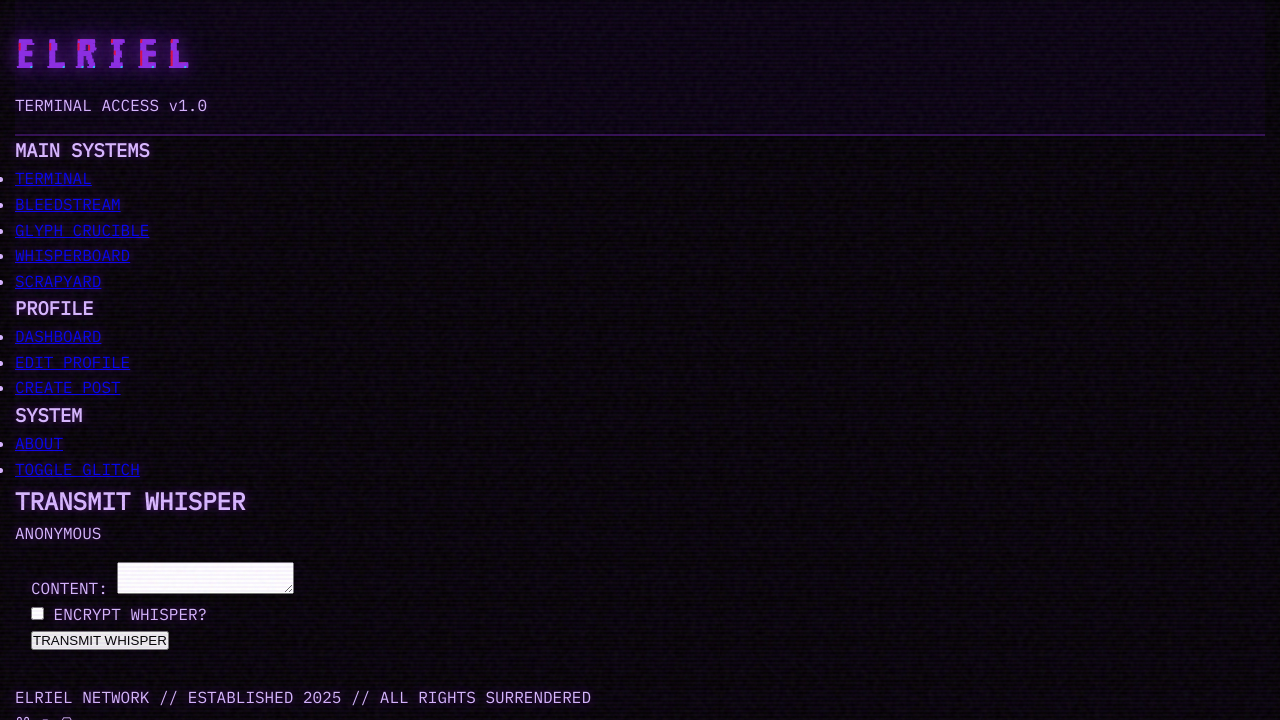
Repository: numbpill3d/elriel_1.0-forum
Page: views/whisper/new.html
The author's editor kept a copy of each file at every save. The page is drawn from the files as they stood at one save, then again after the next save.
The browser window is 1280 px wide. The pictures show the whole page.
Some web fonts or font styles are not loaded; a fallback is used.

Above is the page before, as saved 2025-05-09 05:14:13.
Console error: ReferenceError: __DATA__ is not defined

### views/whisper/new.html
<!DOCTYPE html>
<html lang="en">
<head>
  <meta charset="UTF-8">
  <meta name="viewport" content="width=device-width, initial-scale=1.0">
  <title>NEW WHISPER | ELRIEL</title>
  <link rel="stylesheet" href="/css/main.css">
  <link rel="stylesheet" href="/css/glitch.css">
  <link rel="stylesheet" href="/css/whisper.css">
  <script src="/js/glitch.js" defer></script>
</head>
<body class="terminal">
  <div class="noise-overlay"></div>
  <div class="scan-lines"></div>
  <div class="container">
    <header class="main-header">
      <div class="logo">
        <h1 class="glitch" data-text="ELRIEL">ELRIEL</h1>
        <div class="logo-subtitle">TERMINAL ACCESS v1.0</div>
      </div>
      <div class="user-panel">
        <div id="user-status">
          <!-- User status will be injected here -->
        </div>
      </div>
    </header>

    <div class="content-wrapper">
      <nav class="sidebar">
        <div class="nav-section">
          <h3 class="nav-title">MAIN SYSTEMS</h3>
          <ul class="nav-links">
            <li><a href="/">TERMINAL</a></li>
            <li><a href="/feed/bleedstream">BLEEDSTREAM</a></li>
            <li><a href="/glyph/crucible">GLYPH CRUCIBLE</a></li>
            <li><a href="/whisper/board">WHISPERBOARD</a></li>
            <li><a href="/forum/scrapyard">SCRAPYARD</a></li>
          </ul>
        </div>
        <div class="nav-section">
          <h3 class="nav-title">PROFILE</h3>
          <ul class="nav-links">
            <li><a href="/profile">DASHBOARD</a></li>
            <li><a href="/profile/edit">EDIT PROFILE</a></li>
            <li><a href="/feed/new">CREATE POST</a></li>
          </ul>
        </div>
        <div class="nav-section">
          <h3 class="nav-title">SYSTEM</h3>
          <ul class="nav-links">
            <li><a href="/about">ABOUT</a></li>
            <li><a href="#" id="toggle-glitch">TOGGLE GLITCH</a></li>
          </ul>
        </div>
      </nav>

      <main class="main-content">
        <section class="new-whisper-panel">
          <div class="panel-header">
            <h2>TRANSMIT WHISPER</h2>
            <div class="status-indicator">ANONYMOUS</div>
          </div>
          <div class="new-whisper-content">
            <form id="new-whisper-form">
              <div class="form-group">
                <label for="content">CONTENT:</label>
                <textarea id="content" name="content" required></textarea>
              </div>

              <div class="form-group" id="glyph-selection-group" style="display: none;">
                <label>ATTACH SIGIL (OPTIONAL - REQUIRES LOGIN):</label>
                <div class="glyph-selection" id="glyph-selection">
                  <!-- User's glyphs will be injected here -->
                </div>
                <input type="hidden" id="selected-glyph-id" name="glyphId">
              </div>

              <div class="form-group">
                <input type="checkbox" id="is-encrypted" name="isEncrypted" value="1">
                <label for="is-encrypted">ENCRYPT WHISPER?</label>
              </div>

              <button type="submit">TRANSMIT WHISPER</button>
            </form>

            <div id="message" style="color: var(--terminal-green); margin-top: 1rem;"></div>
            <div id="error-message" style="color: var(--terminal-red); margin-top: 1rem;"></div>
            <div id="encryption-key-message" style="color: var(--terminal-blue); margin-top: 1rem;"></div>
          </div>
        </section>
      </main>
    </div>

    <footer class="main-footer">
      <div class="footer-text">ELRIEL NETWORK // ESTABLISHED 2025 // ALL RIGHTS SURRENDERED</div>
      <div class="footer-glyphs">
        <span class="glyph">⌘</span>
        <span class="glyph">⍟</span>
        <span class="glyph">⎔</span>
      </div>
    </footer>
  </div>

  <script>
    // Inject data from server
    const data = __DATA__;
    const user = data.user;
    const glyphs = data.glyphs;

    // Update user status in header
    const userStatusEl = document.getElementById('user-status');
    if (user) {
      userStatusEl.innerHTML = `
        <div class="logged-in">
          <span class="username">${user.username}</span>
          <div class="user-links">
            <a href="/profile">PROFILE</a>
            <a href="/auth/logout">LOGOUT</a>
          </div>
        </div>
      `;
      // Show glyph selection if logged in
      document.getElementById('glyph-selection-group').style.display = 'block';
    } else {
      userStatusEl.innerHTML = `
        <div class="logged-out">
          <a href="/auth/login" class="login-btn">LOGIN</a>
          <a href="/auth/register" class="register-btn">REGISTER</a>
        </div>
      `;
    }

    // Display user's glyphs for selection (only if logged in)
    const glyphSelectionEl = document.getElementById('glyph-selection');
    if (user && glyphs && glyphs.length > 0) {
      glyphs.forEach(glyph => {
        const glyphItem = document.createElement('div');
        glyphItem.className = 'glyph-item';
        glyphItem.innerHTML = glyph.svg_data;
        glyphItem.setAttribute('data-glyph-id', glyph.id);
        glyphItem.title = `Generated: ${new Date(glyph.created_at).toLocaleString()}`;

        // Add click event listener for selection
        glyphItem.addEventListener('click', () => {
          // Remove selected class from all glyphs
          document.querySelectorAll('.glyph-item').forEach(item => item.classList.remove('selected'));
          // Add selected class to the clicked glyph
          glyphItem.classList.add('selected');
          // Set the hidden input value
          document.getElementById('selected-glyph-id').value = glyph.id;
        });

        glyphSelectionEl.appendChild(glyphItem);
      });
    } else if (user) {
      glyphSelectionEl.innerHTML = '<span>NO SAVED SIGILS. VISIT THE GLYPH CRUCIBLE TO GENERATE SOME.</span>';
    }

    // Handle form submission
    document.getElementById('new-whisper-form').addEventListener('submit', async (e) => {
      e.preventDefault();

      const content = document.getElementById('content').value;
      const glyphId = document.getElementById('selected-glyph-id').value;
      const isEncrypted = document.getElementById('is-encrypted').checked;

      const messageEl = document.getElementById('message');
      const errorMessageEl = document.getElementById('error-message');
      const encryptionKeyMessageEl = document.getElementById('encryption-key-message');
      messageEl.textContent = '';
      errorMessageEl.textContent = '';
      encryptionKeyMessageEl.textContent = '';

      try {
        const response = await fetch('/whisper/create', {
          method: 'POST',
          headers: {
            'Content-Type': 'application/json'
          },
          body: JSON.stringify({ content, glyphId, isEncrypted })
        });

        const data = await response.json();

        if (data.success) {
          messageEl.textContent = data.message;
          if (data.encryptionKey) {
            encryptionKeyMessageEl.textContent = `ENCRYPTION KEY: ${data.encryptionKey}`;
          }
          // Optionally redirect after successful whisper
          // setTimeout(() => {
          //   window.location.href = '/whisper/board';
          // }, 2000);
        } else {
          errorMessageEl.textContent = data.message || 'Whisper transmission failed. Unknown error.';
        }
      } catch (error) {
        console.error('Whisper creation error:', error);
        errorMessageEl.textContent = 'System error. Could not transmit whisper.';
      }
    });

    // Toggle glitch effects
    document.getElementById('toggle-glitch').addEventListener('click', function(e) {
      e.preventDefault();
      document.body.classList.toggle('glitch-active');
    });
  </script>
</body>
</html>

### public/css/whisper.css
/* Elriel - Whisper CSS Styles */
/* Styles for the Whisperboard and whisper pages */

.whisperboard-panel .panel-header h2,
.whisper-panel .panel-header h2 {
  font-size: 1.5rem;
}

.whisperboard-content,
.whisper-content-area {
  padding: 0.75rem;
  background-color: rgba(10, 0, 15, 0.6);
}

.whisper-actions {
  margin-bottom: 1rem;
  text-align: right;
  border-bottom: 1px solid rgba(138, 43, 226, 0.2);
  padding-bottom: 1rem;
}

.new-whisper-button {
  display: inline-block;
  padding: 0.6rem 1.5rem;
  background-color: rgba(138, 43, 226, 0.2);
  border: 1px solid var(--terminal-green);
  color: var(--terminal-text);
  text-decoration: none;
  font-family: var(--header-font);
  font-size: 0.9rem;
  cursor: pointer;
  transition: all 0.3s ease;
  letter-spacing: 1px;
}

.new-whisper-button:hover {
  background-color: rgba(138, 43, 226, 0.4);
  transform: translateY(-2px);
  box-shadow: 0 3px 10px rgba(138, 43, 226, 0.3);
}

.whisper-list {
  display: grid;
  grid-template-columns: repeat(auto-fill, minmax(280px, 1fr));
  gap: 0.75rem;
}

.empty-whispers {
  grid-column: 1 / -1;
  padding: 2rem;
  text-align: center;
  color: var(--terminal-dim);
  font-family: var(--header-font);
  letter-spacing: 1px;
  font-size: 1.2rem;
  background-color: rgba(15, 0, 20, 0.5);
  border: 1px dashed var(--terminal-dim-green);
  margin: 1rem 0;
}

.whisper-item {
  background-color: rgba(15, 0, 20, 0.7);
  border: 1px solid rgba(138, 43, 226, 0.3);
  margin-bottom: 0.5rem;
  padding: 0.75rem;
  display: flex;
  gap: 0.75rem;
  transition: all 0.3s ease;
  position: relative;
  overflow: hidden;
}

.whisper-item:hover {
  transform: translateY(-2px);
  box-shadow: 0 5px 15px rgba(138, 43, 226, 0.2);
  border-color: var(--terminal-green);
}

.whisper-item::before {
  content: '';
  position: absolute;
  top: 0;
  left: 0;
  width: 100%;
  height: 2px;
  background: linear-gradient(to right, transparent, var(--terminal-green), transparent);
  opacity: 0.5;
}

.whisper-glyph {
  width: 60px;
  height: 60px;
  flex-shrink: 0;
  border: 1px solid var(--terminal-dim-green);
  padding: 2px;
  background-color: rgba(0, 0, 0, 0.6);
}

.whisper-glyph svg {
  width: 100%;
  height: 100%;
  opacity: 0.8;
}

.whisper-content {
  flex-grow: 1;
  display: flex;
  flex-direction: column;
}

.whisper-body {
  font-family: var(--terminal-font);
  font-size: 0.85rem;
  color: var(--terminal-text);
  line-height: 1.4;
  margin-bottom: 0.5rem;
  background-color: rgba(20, 0, 30, 0.4);
  padding: 0.5rem;
  border-left: 2px solid var(--terminal-dim-green);
  flex-grow: 1;
}

.whisper-meta {
  font-size: 0.7rem;
  color: var(--terminal-dim);
  margin-bottom: 0.3rem;
  display: flex;
  justify-content: space-between;
  align-items: center;
}

.whisper-date {
  margin-right: 0.5rem;
}

.whisper-encrypted {
  color: var(--terminal-purple);
  font-weight: bold;
  font-size: 0.65rem;
  background-color: rgba(138, 43, 226, 0.2);
  padding: 0.1rem 0.3rem;
  border: 1px solid var(--terminal-dim-green);
}

.view-whisper-link {
  display: inline-block;
  font-size: 0.75rem;
  color: var(--terminal-green);
  text-decoration: none;
  margin-top: 0.3rem;
  background-color: rgba(138, 43, 226, 0.1);
  padding: 0.2rem 0.5rem;
  border: 1px solid var(--terminal-dim-green);
  text-align: center;
  transition: all 0.3s ease;
  letter-spacing: 1px;
  font-family: var(--header-font);
}

.view-whisper-link:hover {
  background-color: rgba(138, 43, 226, 0.3);
  color: white;
  box-shadow: 0 0 8px rgba(138, 43, 226, 0.5);
}

/* New Whisper Page Styles */
.new-whisper-panel .panel-header h2 {
  font-size: 1.5rem;
}

.new-whisper-content {
  padding: 1rem;
}

.new-whisper-form .form-group {
  margin-bottom: 1.5rem;
}

.new-whisper-form label {
  display: block;
  margin-bottom: 0.5rem;
  color: var(--terminal-dim-green);
  font-size: 0.9rem;
}

.new-whisper-form textarea {
  width: 100%;
  padding: 0.8rem;
  background-color: rgba(0, 0, 0, 0.5);
  border: 1px solid var(--terminal-dim-green);
  color: var(--terminal-bright);
  font-family: var(--terminal-font);
  font-size: 1rem;
  outline: none;
  min-height: 150px;
  resize: vertical;
}

.new-whisper-form textarea:focus {
  border-color: var(--terminal-green);
  box-shadow: 0 0 5px var(--glow-color);
}

.new-whisper-form button {
  display: inline-block;
  padding: 0.8rem 2rem;
  background-color: var(--terminal-green);
  border: none;
  color: var(--terminal-bg);
  font-family: var(--header-font);
  font-size: 1.2rem;
  cursor: pointer;
  transition: background-color 0.3s ease;
  margin-top: 1rem;
}

.new-whisper-form button:hover {
  background-color: var(--terminal-dim-green);
}

.glyph-selection {
  display: flex;
  flex-wrap: wrap;
  gap: 10px;
  margin-top: 1rem;
  max-height: 150px;
  overflow-y: auto;
  padding: 10px;
  border: 1px dashed rgba(0, 255, 0, 0.1);
  background-color: rgba(0, 0, 0, 0.3);
}

.glyph-item {
  width: 60px;
  height: 60px;
  border: 1px solid var(--terminal-dim);
  padding: 3px;
  cursor: pointer;
  transition: border-color 0.3s ease;
  background-color: rgba(0, 0, 0, 0.5);
}

.glyph-item:hover, .glyph-item.selected {
  border-color: var(--terminal-green);
}

.glyph-item svg {
  width: 100%;
  height: 100%;
}

.glyph-item.selected {
  box-shadow: 0 0 5px var(--glow-color);
}

/* View Whisper Page Styles */
.view-whisper-panel .panel-header h2 {
  font-size: 1.5rem;
}

.view-whisper-content {
  padding: 1rem;
}

.view-whisper-header {
  margin-bottom: 1.5rem;
  padding-bottom: 1.5rem;
  border-bottom: 1px solid rgba(255, 255, 255, 0.1);
}

.view-whisper-glyph {
  width: 100px;
  height: 100px;
  border: 1px solid var(--terminal-dim);
  padding: 5px;
  background-color: rgba(0, 0, 0, 0.5);
  margin-bottom: 1rem;
}

.view-whisper-glyph svg {
  width: 100%;
  height: 100%;
}

.view-whisper-body {
  font-family: var(--terminal-font);
  color: var(--terminal-text);
  line-height: 1.8;
  white-space: pre-wrap; /* Preserve line breaks */
}

.view-whisper-meta {
  font-size: 0.9rem;
  color: var(--terminal-dim);
  margin-top: 1.5rem;
  border-top: 1px dashed rgba(255, 255, 255, 0.1);
  padding-top: 1rem;
}

.view-whisper-date {
  margin-right: 1rem;
}

.view-whisper-encrypted {
  color: var(--terminal-red);
}

/* Encrypted Whisper Page Styles */
.encrypted-whisper-panel .panel-header h2 {
  font-size: 1.5rem;
}

.encrypted-whisper-content {
  padding: 1.5rem;
  text-align: center;
  background-color: rgba(15, 0, 20, 0.8);
  border: 1px solid var(--terminal-dim-green);
  margin: 1rem;
  position: relative;
  overflow: hidden;
}

.encrypted-whisper-content::before {
  content: '';
  position: absolute;
  top: 0;
  left: 0;
  width: 100%;
  height: 100%;
  background-image: url("data:[embedded picture, 217 characters]");
  pointer-events: none;
  opacity: 0.5;
  z-index: -1;
}

.encrypted-whisper-content .section-title {
  color: var(--terminal-purple);
  font-size: 1.3rem;
  margin-bottom: 1rem;
  text-shadow: 0 0 10px rgba(138, 43, 226, 0.7);
  letter-spacing: 2px;
}

.encrypted-whisper-content .section-content {
  color: var(--terminal-text);
  margin-bottom: 1.5rem;
  line-height: 1.6;
  font-size: 0.9rem;
  background-color: rgba(0, 0, 0, 0.4);
  padding: 1rem;
  border-left: 2px solid var(--terminal-dim-green);
  max-width: 600px;
  margin-left: auto;
  margin-right: auto;
  text-align: left;
}

.encrypted-whisper-form .form-group {
  margin-bottom: 1.5rem;
}

.encrypted-whisper-form label {
  display: block;
  margin-bottom: 0.5rem;
  color: var(--terminal-dim-green);
  font-size: 0.9rem;
}

.encrypted-whisper-form input[type="text"] {
  width: 100%;
  max-width: 300px;
  padding: 0.8rem;
  background-color: rgba(0, 0, 0, 0.5);
  border: 1px solid var(--terminal-dim-green);
  color: var(--terminal-bright);
  font-family: var(--terminal-font);
  font-size: 1rem;
  outline: none;
  text-align: center;
}

.encrypted-whisper-form input[type="text"]:focus {
  border-color: var(--terminal-green);
  box-shadow: 0 0 5px var(--glow-color);
}

.encrypted-whisper-form button {
  padding: 0.8rem 2rem;
  background-color: var(--terminal-green);
  border: none;
  color: var(--terminal-bg);
  font-family: var(--header-font);
  font-size: 1.2rem;
  cursor: pointer;
  transition: background-color 0.3s ease;
  margin-top: 1rem;
}

.encrypted-whisper-form button:hover {
  background-color: var(--terminal-dim-green);
}

Loaded but not shown: public/js/glitch.js (234 lines, source omitted); public/css/main.css (643 lines, source omitted); public/css/glitch.css (655 lines, source omitted)

After the next save:
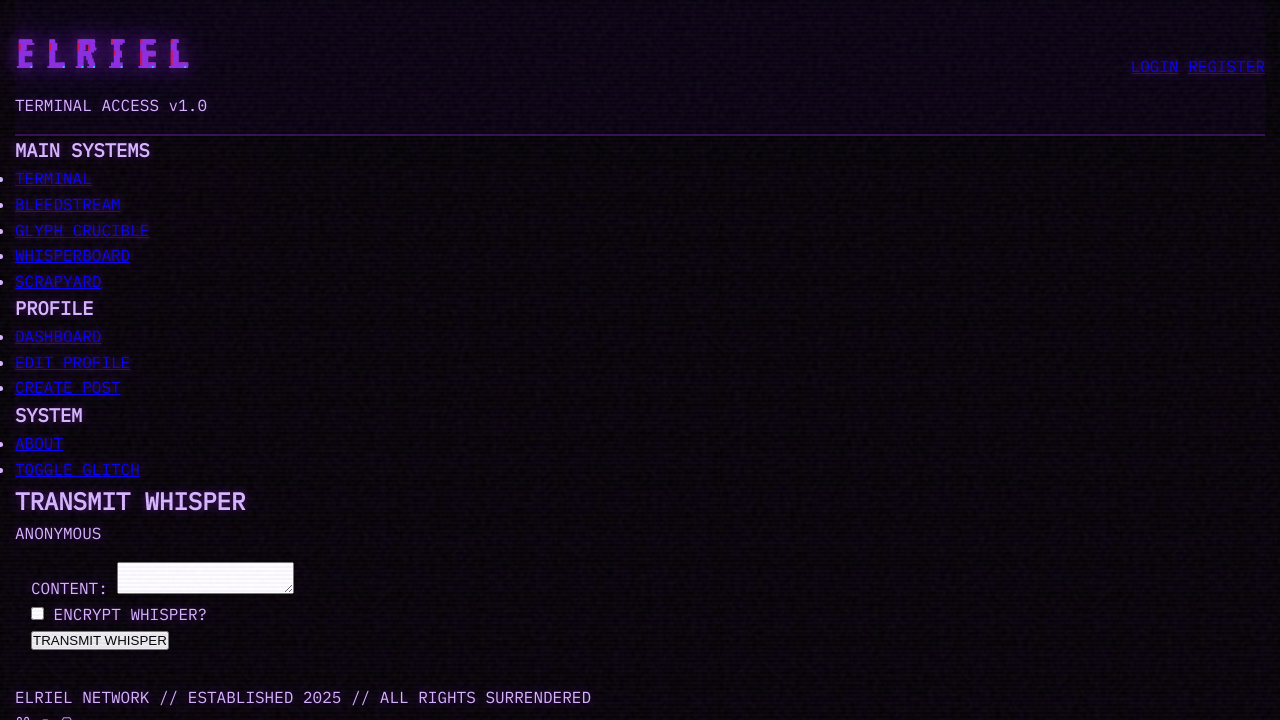
The error is gone.
Saved 32 s later.
--- a/views/whisper/new.html
+++ b/views/whisper/new.html
@@ -103,9 +103,26 @@
 
   <script>
     // Inject data from server
-    const data = __DATA__;
-    const user = data.user;
-    const glyphs = data.glyphs;
+    let data, user, glyphs;
+    try {
+      data = JSON.parse('__DATA__'.replace(/\\n/g, "\\n")
+        .replace(/\\'/g, "\\'")
+        .replace(/\\"/g, '\\"')
+        .replace(/\\&/g, "\\&")
+        .replace(/\\r/g, "\\r")
+        .replace(/\\t/g, "\\t")
+        .replace(/\\b/g, "\\b")
+        .replace(/\\f/g, "\\f"));
+      user = data.user;
+      glyphs = data.glyphs || [];
+      console.log("Whisper data loaded successfully:", { hasUser: !!user, glyphCount: glyphs.length });
+    } catch (err) {
+      console.error("Error parsing injected data:", err);
+      // Set default values
+      data = {};
+      user = null;
+      glyphs = [];
+    }
 
     // Update user status in header
     const userStatusEl = document.getElementById('user-status');
